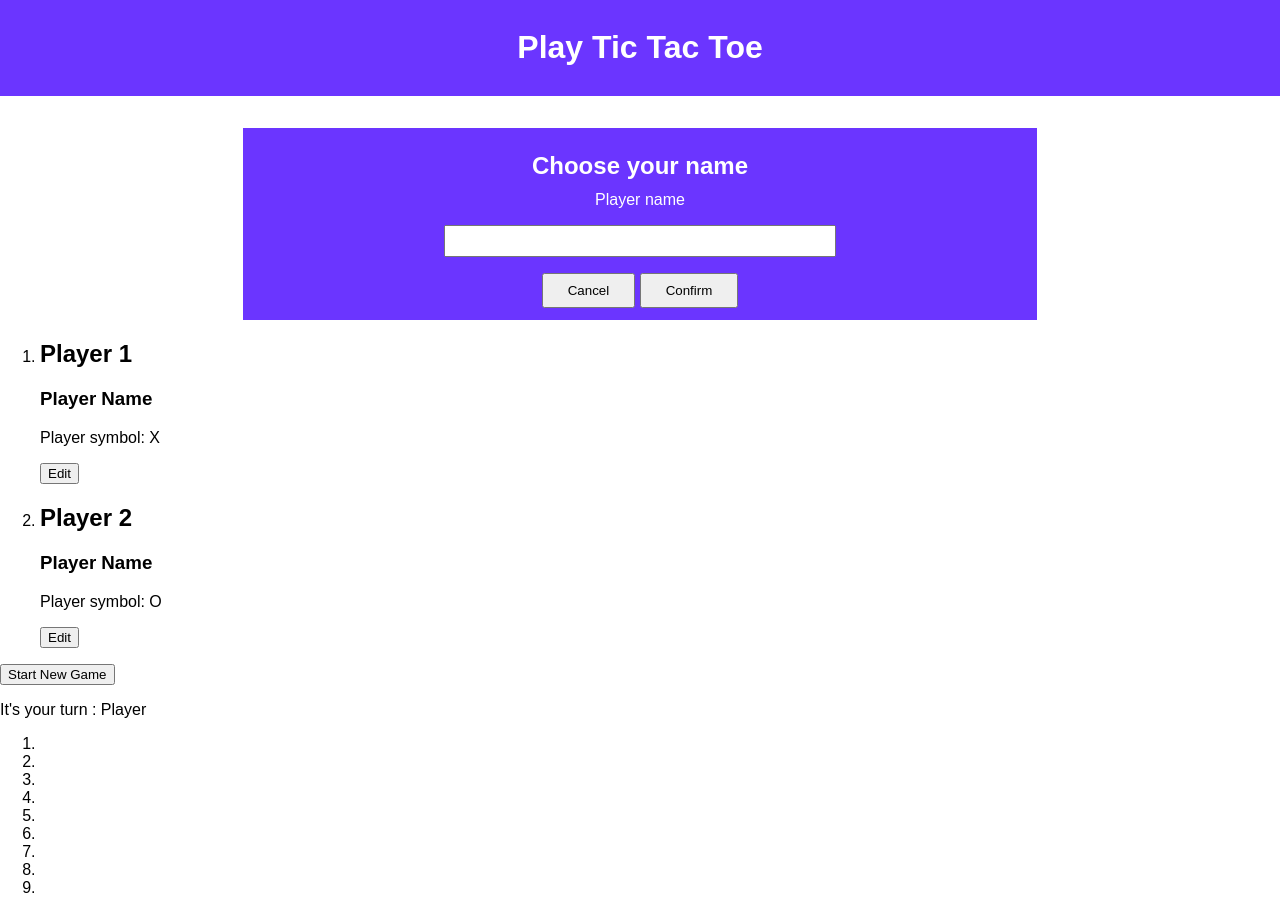
Repository: Harjot00/Wevdev
Page: Tic tac toe/index.html
An editor plug-in stored every save of this project. The page is shown before and after the next save, followed by the edit.
The browser window is 1280 px wide. The pictures show the whole page.
Some web fonts or font styles are not loaded; a fallback is used.

Above is the page before, as saved 2022-05-21 00:14:33.

After the next save:
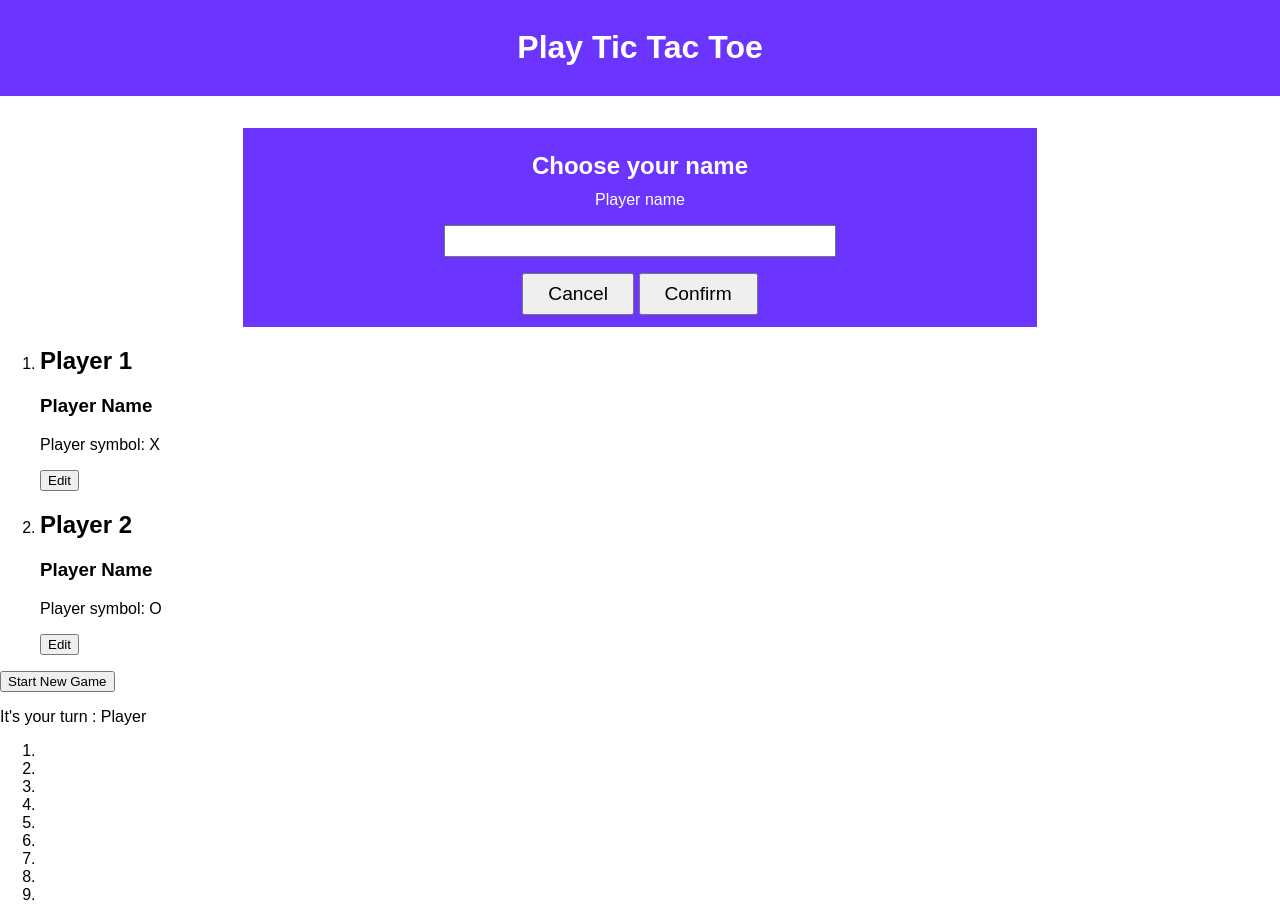
Saved 9 s later.
--- a/Tic tac toe/styles.css
+++ b/Tic tac toe/styles.css
@@ -31,7 +31,7 @@ aside input {
 }
 #btn-div button{
     padding:0.5rem 1.5rem;
-    text-size:1.2em;
+    font-size:1.2em;
 
 
 
